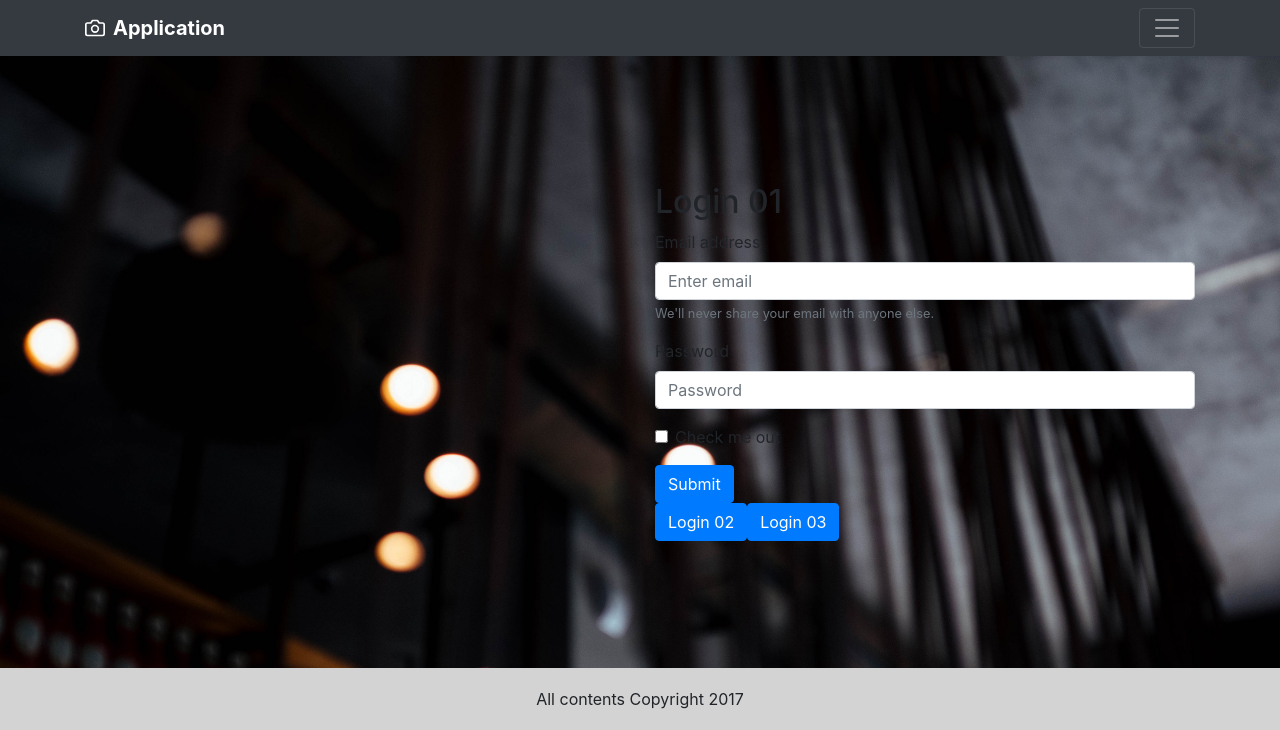
Repository: bijoysen/angular7-landing-login
Page: /
An editor plug-in stored every save of this project. The page is shown before and after the next save, followed by the edit.
The browser window is 1280 px wide. The pictures show the whole page.
The project was rebuilt for these pictures with package versions that can differ from the ones it lists, and the page was loaded fresh each time. Also part of the build but not shown: angular.json, src/app/pre/landing/landing.component.ts, src/app/pre/login-two/login-two.component.ts, src/app/pre/login-three/login-three.component.ts.

Above is the page before, as saved 2018-12-17 19:28:22.

### src/index.html
<!doctype html>
<html lang="en">
<head>
  <meta charset="utf-8">
  <title>Angular7LandingLogin</title>
  <base href="/">

  <meta name="viewport" content="width=device-width, initial-scale=1">
  <link rel="icon" type="image/x-icon" href="favicon.ico">
</head>
<body>
  <app-root></app-root>
</body>
</html>

### src/app/app.module.ts
import { BrowserModule } from '@angular/platform-browser';
import { NgModule } from '@angular/core';

import { AppRoutingModule } from './app-routing.module';
import { AppComponent } from './app.component';
import { HeaderComponent } from './shared/header/header.component';
import { FooterComponent } from './shared/footer/footer.component';
import { LandingComponent } from './pre/landing/landing.component';
import { LoginOneComponent } from './pre/login-one/login-one.component';
import { LoginTwoComponent } from './pre/login-two/login-two.component';
import { LoginThreeComponent } from './pre/login-three/login-three.component';

@NgModule({
  declarations: [
    AppComponent,
    HeaderComponent,
    FooterComponent,
    LandingComponent,
    LoginOneComponent,
    LoginTwoComponent,
    LoginThreeComponent
  ],
  imports: [
    BrowserModule,
    AppRoutingModule
  ],
  providers: [],
  bootstrap: [AppComponent]
})
export class AppModule { }

### src/app/app.component.ts
import { Component } from '@angular/core';

@Component({
  selector: 'app-root',
  templateUrl: './app.component.html',
  styleUrls: ['./app.component.scss']
})
export class AppComponent {
  title = 'angular7-landing-login';
}

### src/app/pre/login-one/login-one.component.ts
import { Component, OnInit } from '@angular/core';

@Component({
  selector: 'app-login-one',
  templateUrl: './login-one.component.html',
  styleUrls: ['./login-one.component.scss']
})
export class LoginOneComponent implements OnInit {

  constructor() { }

  ngOnInit() {
  }

}

### src/app/app.component.html
<app-header></app-header>
<router-outlet></router-outlet>
<!-- <app-landing></app-landing> -->
<app-login-one></app-login-one>
<!-- <app-login-two></app-login-two> -->
<!-- <app-login-three></app-login-three> -->

<app-footer></app-footer>

### src/app/shared/header/header.component.html
<header>
	<!-- <div class="collapse bg-dark" id="navbarHeader">
		<div class="container">
			<div class="row">
				<div class="col-sm-8 col-md-7 py-4">
					<h4 class="text-white">About</h4>
					<p class="text-muted">Add some information about the album below, the author, or any other background context. Make it a few sentences long so folks can pick up some informative tidbits. Then, link them off to some social networking sites or contact information.</p>
				</div>
				<div class="col-sm-4 offset-md-1 py-4">
					<h4 class="text-white">Contact</h4>
					<ul class="list-unstyled">
						<li><a href="#" class="text-white">Follow on Twitter</a></li>
						<li><a href="#" class="text-white">Like on Facebook</a></li>
						<li><a href="#" class="text-white">Email me</a></li>
					</ul>
				</div>
			</div>
		</div>
	</div> -->
	<div class="navbar navbar-dark bg-dark shadow-sm">
		<div class="container d-flex justify-content-between">
			<a href="#" class="navbar-brand d-flex align-items-center">
				<svg xmlns="http://www.w3.org/2000/svg" width="20" height="20" viewBox="0 0 24 24" fill="none" stroke="currentColor" stroke-width="2" stroke-linecap="round" stroke-linejoin="round" class="mr-2"><path d="M23 19a2 2 0 0 1-2 2H3a2 2 0 0 1-2-2V8a2 2 0 0 1 2-2h4l2-3h6l2 3h4a2 2 0 0 1 2 2z"></path><circle cx="12" cy="13" r="4"></circle></svg>
				<strong>Application</strong>
			</a>
			<button class="navbar-toggler" type="button" data-toggle="collapse" data-target="#navbarHeader" aria-controls="navbarHeader" aria-expanded="false" aria-label="Toggle navigation">
			<span class="navbar-toggler-icon"></span>
			</button>
		</div>
	</div>
</header>

### src/app/shared/footer/footer.component.html
<footer class="pageFooter text-center">
  <p>All contents Copyright 2017</p>
</footer>

### src/app/shared/footer/footer.component.scss
.pageFooter {
    background: #d3d3d3;
    padding: 19px 0;
    p {
        margin-bottom: 0;
    }
}

### src/app/pre/login-one/login-one.component.html
<!-- Common Part Start -->
<section class="pageContent" style="background-image: url('assets/images/03.jpg')">
	<div class="container">
		<div class="row align-items-center">
			<div class="col-md-6"></div>
			<div class="col-md-6">
                <!-- New Section Start -->
                <h2>Login 01</h2>
                <form>
                    <div class="form-group">
                        <label for="exampleInputEmail1">Email address</label>
                        <input type="email" class="form-control" id="exampleInputEmail1" aria-describedby="emailHelp" placeholder="Enter email">
                        <small id="emailHelp" class="form-text text-muted">We'll never share your email with anyone else.</small>
                    </div>
                    <div class="form-group">
                        <label for="exampleInputPassword1">Password</label>
                        <input type="password" class="form-control" id="exampleInputPassword1" placeholder="Password">
                    </div>
                    <div class="form-group form-check">
                        <input type="checkbox" class="form-check-input" id="exampleCheck1">
                        <label class="form-check-label" for="exampleCheck1">Check me out</label>
                    </div>
                    <button type="submit" class="btn btn-primary">Submit</button>
                </form>

                <button type="submit" class="btn btn-primary">Login 02</button>
                <button type="submit" class="btn btn-primary">Login 03</button>
                <!-- New Section End -->
			</div>
		</div>
	</div>
</section>
<!-- Common Part End -->

### src/app/pre/login-one/login-one.component.scss
.pageContent {
    background-repeat: no-repeat;
    background-size: cover;
    background-position: center top;
    > .container > .row {
        height: 85vh;
    }
}

Loaded but not shown: src/styles.scss (common file); src/main.ts (common file); src/environments/environment.ts (common file); src/app/app-routing.module.ts (common file); src/app/shared/header/header.component.ts (common file); src/app/shared/footer/footer.component.ts (common file); src/app/shared/header/header.component.scss (no stored copy; drawn as an empty file); src/app/app.component.scss (no stored copy; drawn as an empty file)

After the next save:
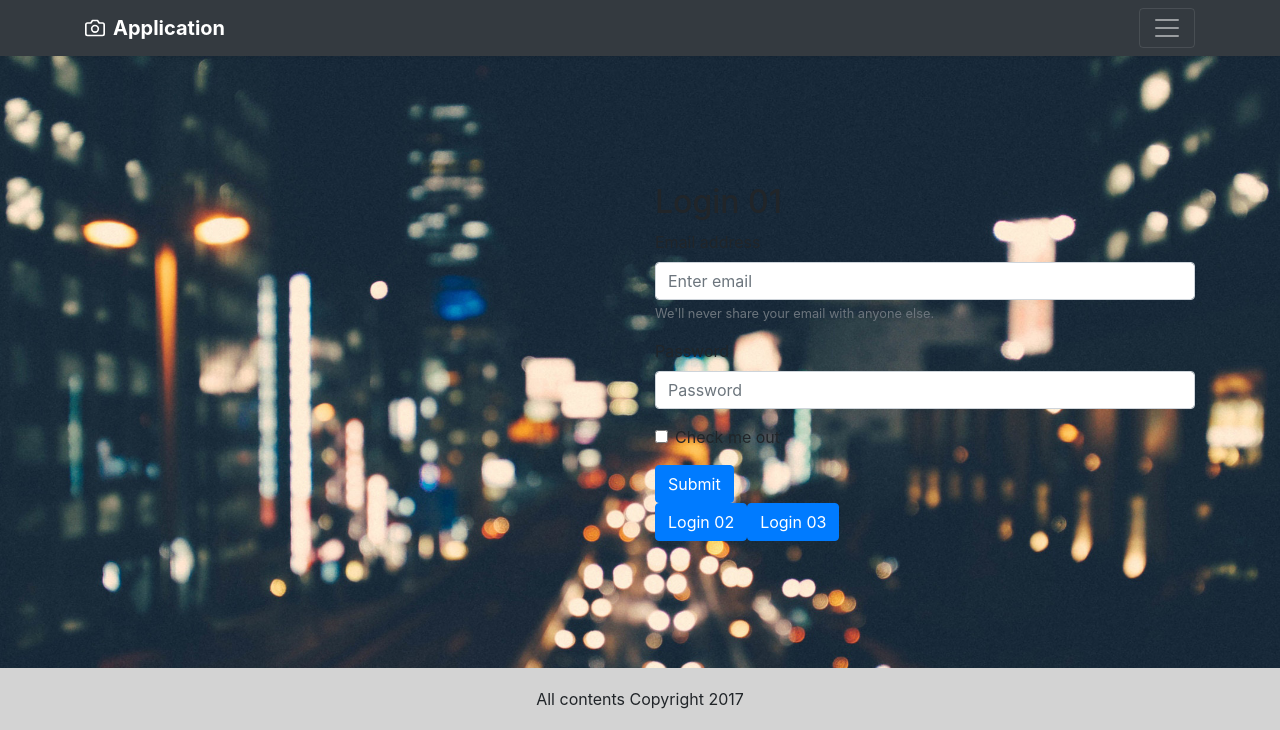
Saved 5 s later.
--- a/src/app/pre/login-one/login-one.component.html
+++ b/src/app/pre/login-one/login-one.component.html
@@ -1,5 +1,5 @@
 <!-- Common Part Start -->
-<section class="pageContent" style="background-image: url('assets/images/03.jpg')">
+<section class="pageContent" style="background-image: url('assets/images/04.jpg')">
 	<div class="container">
 		<div class="row align-items-center">
 			<div class="col-md-6"></div>
